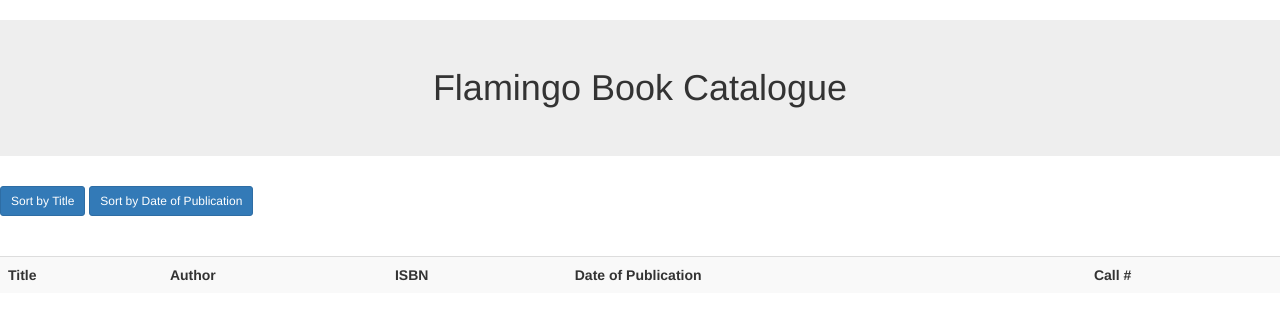
Repository: avega15/Library-Database
Page: http://localhost/main
An editor plug-in stored every save of this project. The page is shown before and after the next save, followed by the edit.
The browser window is 1280 px wide. The pictures show the whole page.
The page is this project's Thymeleaf template; nobody is signed in. The template is opened directly, without the code that normally fills it, so the values that code supplies are empty.

Above is the page before, as saved 2021-04-23 21:05:40.

After the next save:
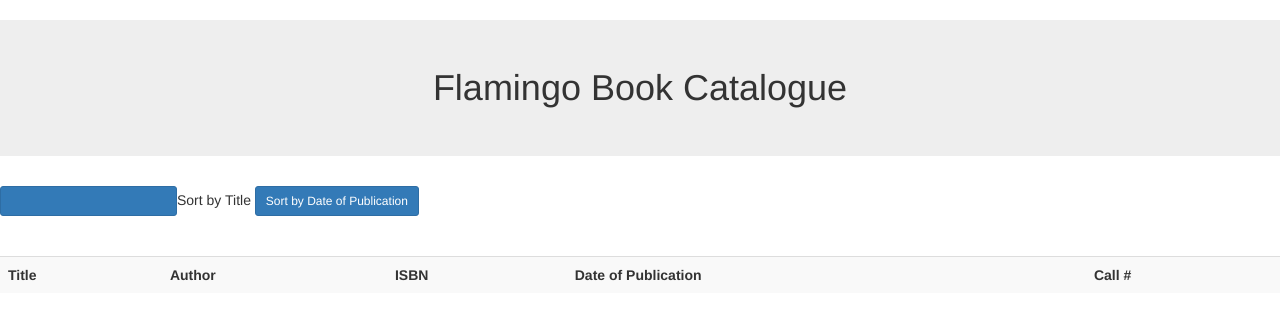
Saved 35 s later.
--- a/demo/src/main/resources/templates/main.html
+++ b/demo/src/main/resources/templates/main.html
@@ -16,8 +16,7 @@
 	<h1 class="jumbotron" style="text-align: center">Flamingo Book
 		Catalogue</h1>
 	<form action = "<c:url value='/test' />" method="GET">
-	<button class="btn btn-primary btn-sm"
-		onclick="window.location.href='titleSort'">Sort by Title</button>
+	<input class="btn btn-primary btn-sm">Sort by Title</input>
 	<button class="btn btn-primary btn-sm"
 		onclick="window.location.href='dateSort'">Sort by Date of
 		Publication</button>
